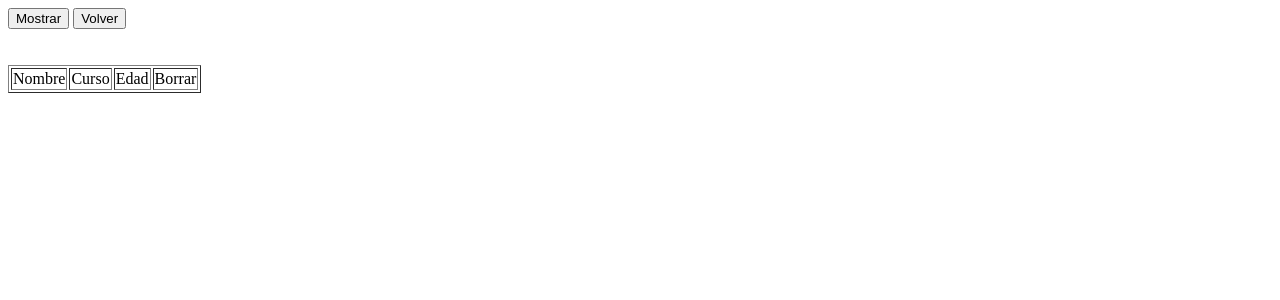
Repository: JulioBernad/ServletExamen
Page: http://localhost/DDI/mostrar.jsp
An editor plug-in stored every save of this project. The page is shown before and after the next save, followed by the edit.
The browser window is 1280 px wide. The pictures show the whole page.
The page is served by Tomcat 9.

Above is the page before, as saved 2016-11-10 10:43:04.

After the next save:
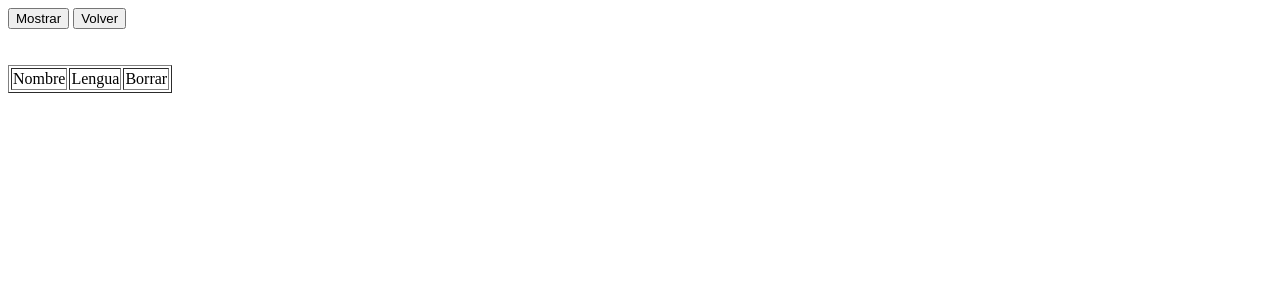
Saved 27 s later.
--- a/DDI/src/main/webapp/mostrar.jsp
+++ b/DDI/src/main/webapp/mostrar.jsp
@@ -23,8 +23,7 @@
 		<thead>
 			<tr>
 				<td>Nombre</td>
-				<td>Curso</td>
-				<td>Edad</td>
+				<td>Lengua</td>
 				<td>Borrar</td>
 			</tr>
 		</thead>
